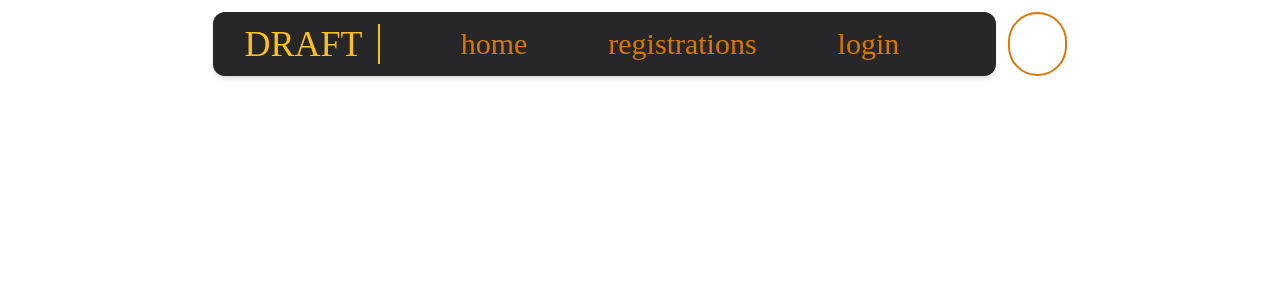
Repository: MehediMim/LeagueCrafter--Online-Auction-Platform-Project
Page: / (app in my-app/)
An editor plug-in stored every save of this project. The page is shown before and after the next save, followed by the edit.
The browser window is 1280 px wide. The pictures show the whole page.
Some web fonts or font styles are not loaded; a fallback is used. The project was rebuilt for these pictures with package versions that can differ from the ones it lists, and the page was loaded fresh each time. Also part of the build but not shown: my-app/vite.config.js, my-app/src/pages/Dashboard.jsx, my-app/src/pages/Login.jsx.

Above is the page before, as saved 2025-05-25 01:36:21.

### my-app/src/main.jsx
import { StrictMode } from 'react'
import { createRoot } from 'react-dom/client'
import React from 'react';
import ReactDOM from 'react-dom/client';
import './index.css'
import App from './App.jsx'
import { Auth0Provider } from '@auth0/auth0-react';
console.log("HELLO WORLD");
console.log('Domain:', import.meta.env.VITE_AUTH0_DOMAIN);
console.log('Client ID:', import.meta.env.VITE_AUTH0_CLIENT_ID);
console.log("HELLO WORLD");

ReactDOM.createRoot(document.getElementById('root')).render(
<React.StrictMode>
  <Auth0Provider
    domain={import.meta.env.VITE_AUTH0_DOMAIN}
    clientId={import.meta.env.VITE_AUTH0_CLIENT_ID}
    authorizationParams={{

      redirect_uri: window.location.origin,
      audience: import.meta.env.VITE_AUTH0_AUDIENCE
    }}
  >
    <App />
  </Auth0Provider>
</React.StrictMode>
);

### my-app/src/index.css
@import url('https://fonts.googleapis.com/css2?family=Bebas+Neue&display=swap');
@import url('https://fonts.googleapis.com/css2?family=Raleway:wght@400;700&display=swap');
@import url('https://fonts.googleapis.com/css2?family=Jaro&display=swap');
@import url('https://fonts.googleapis.com/css2?family=WDXL+Lubrifont+TC&display=swap');


@tailwind base;
@tailwind components;
@tailwind utilities;



:root {
  font-family: system-ui, Avenir, Helvetica, Arial, sans-serif;
  line-height: 1.5;
  font-weight: 400;

  color-scheme: light dark;
  color: rgba(255, 255, 255, 0.87);
  background-color: #242424;

  font-synthesis: none;
  text-rendering: optimizeLegibility;
  -webkit-font-smoothing: antialiased;
  -moz-osx-font-smoothing: grayscale;
}

a {
  font-weight: 500;
  color: #646cff;
  text-decoration: inherit;
}
a:hover {
  color: #535bf2;
}

body {
  margin: 0;
  display: flex;
  place-items: center;
  min-width: 320px;
  min-height: 100vh;
}

h1 {
  font-size: 3.2em;
  line-height: 1.1;
}

button {
  border-radius: 8px;
  border: 1px solid transparent;
  padding: 0.6em 1.2em;
  font-size: 1em;
  font-weight: 500;
  font-family: inherit;
  background-color: #1a1a1a;
  cursor: pointer;
  transition: border-color 0.25s;
}
button:hover {
  border-color: #646cff;
}
button:focus,
button:focus-visible {
  outline: 4px auto -webkit-focus-ring-color;
}

@media (prefers-color-scheme: light) {
  :root {
    color: #213547;
    background-color: #ffffff;
  }
  a:hover {
    color: #747bff;
  }
  button {
    background-color: #f9f9f9;
  }
}

### my-app/src/App.jsx
import { BrowserRouter, Routes, Route } from "react-router-dom";
import Navbar from "./components/Navbar";
import Home from "./pages/Home";
import Dashboard from "./pages/Dashboard";
import Login from "./pages/Login";


export default function App() {
  return (
    <BrowserRouter>
      <Navbar />
      <Routes>
        <Route path="/" element={<Home />} />
        <Route path="/dashboard" element={<Dashboard />} />
        <Route path="/login" element={<Login />} />
        {/* <Route path="/auction" element={<AuctionRoom />} /> */}
        {/* <Route path="*" element={<NotFound />} /> */}
      </Routes>
    </BrowserRouter>
  );
}

### my-app/src/components/Navbar.jsx
import { Link } from "react-router-dom";
import { useAuth0 } from "@auth0/auth0-react";

export default function Navbar(params) {

  const { user, isAuthenticated, isLoading, loginWithRedirect, logout } = useAuth0();

  return (
    <div className="h-16 w-screen absolute top-3 z-50 flex justify-center">
      <div className="w-2/3 flex justify-center">
        <div className="bg-zinc-800 shadow-md p-4 rounded-xl w-full flex items-center">
          {/* <div className="w-auto h-auto rounded-xl m-4 flex p-4"> */}
          <div className="w-1/4 border-r-2 border-amber-400 flex justify-center">
            <Link><h1 className="font-jaro text-4xl text-amber-400 hover:text-white">DRAFT</h1></Link>
          </div>
          <div className="w-full flex justify-evenly   items-center">
            <Link to="/" className="text-amber-600 hover:text-white"><h1 className="text-3xl font-jaro">home</h1></Link>
            <Link className="text-amber-600 hover:text-white"><h1 className="text-3xl font-jaro">registrations</h1></Link>
            {!isAuthenticated && <Link to="/login" className="text-amber-600 hover:text-white"><h1 className="text-3xl  font-jaro">login</h1></Link>}
            {isAuthenticated && <Link to="/dashboard" className="text-amber-600 hover:text-white"><h1 className="text-3xl  font-jaro">dashboard</h1></Link>}

          </div>
          {/* </div> */}
        </div>
        <div className=" h-16 w-16  ml-3">
          <div className="rounded-full border-amber-600 border-2 h-full w-full">

          </div>
        </div>
      </div>
    </div>
  )
};

### my-app/src/pages/Home.jsx
export default function Home(params) {
    return (
        <div className="flex justify-center item-center w-screen">
            <div className="justify-start flex flex-col">
                <div>
                    <h1 className="text-xl font-raleway text-white font-bold">Your Squad, Your Strategy — Build It Live!</h1>
                </div>
                <div className="flex justify-start pt-2">
                <button className="font-jaro text-white hover:bg-white hover:text-black">Create</button>
                </div>
            </div>
        </div>
    )
};

### my-app/tailwind.config.js
/** @type {import('tailwindcss').Config} */
export default {
  content: [
    "./index.html",
    "./src/**/*.{js,ts,jsx,tsx}",
  ],
  theme: {
    extend: {
      fontFamily: {
        bebas: ['"Bebas Neue"', 'cursive'],
        raleway: ['Raleway', 'sans-serif'],
        jaro: ['Jaro', 'cursive'],
        lubrifont: ['Lubrifont', 'sans-serif'],
      },
    },
  },
  plugins: [],
}

Loaded but not shown: my-app/index.html (common file)

After the next save:
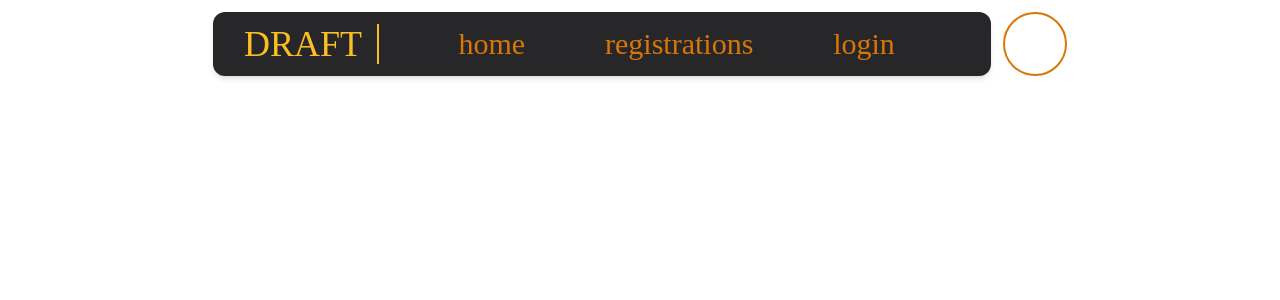
Saved 9 s later.
--- a/my-app/src/components/Navbar.jsx
+++ b/my-app/src/components/Navbar.jsx
@@ -23,7 +23,7 @@ export default function Navbar(params) {
           {/* </div> */}
         </div>
         <div className=" h-16 w-16  ml-3">
-          <div className="rounded-full border-amber-600 border-2 h-full w-full">
+          <div className="rounded-full border-amber-600 border-2 h-16 w-16">
 
           </div>
         </div>
